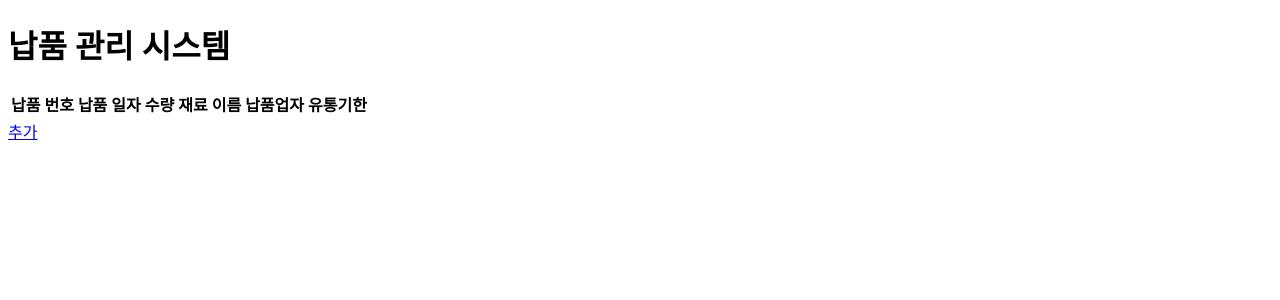
Repository: Awseok/InterDBTermProject
Page: http://localhost/FoodManager/Supply.jsp
The author's editor kept a copy of each file at every save. The page is drawn from the files as they stood at one save, then again after the next save.
The browser window is 1280 px wide. The pictures show the whole page.
The page is served by Tomcat 9. Nobody is signed in. The application's start-up code is not run. Other server files are loaded and not shown.

Above is the page before, as saved 2020-06-29 15:26:28.

### FoodManager/WebContent/Supply.jsp
<%@ page language="java" contentType="text/html; charset=EUC-KR"
    pageEncoding="UTF-8" import="java.net.URLEncoder"%>
    <%@ taglib uri="http://java.sun.com/jsp/jstl/core" prefix="c" %>
    <%@ taglib prefix="c" uri="http://java.sun.com/jsp/jstl/core" %>
<!DOCTYPE html>
<html>
<head>
<meta charset="EUC-KR">
<title>납품 목록</title>
</head>
<body>

<h1> 납품 관리 시스템</h1>

<table>
<tr> <th> 납품 번호</th> <th> 납품 일자 </th> <th> 수량 </th> <th> 재료 이름</th> <th> 납품업자 </th> <th> 유통기한 </th> </tr>

<c:forEach var="supplyList" items="${supplyList}">

<c:url value="/SupplyController" var="sup_url">
  <c:param name="sno" value="${supplyList.supply.sno}" />
</c:url>

<tr>
<td> <c:out value="${supplyList.supply.sno}"/>  </td>
<td> <c:out value="${supplyList.supply.sdate}" /> </td>
<td> <c:out value="${supplyList.supply.amount}" /> </td>
<td> <c:out value="${supplyList.supply.gname}"/> </td>
<td> <c:out value="${supplyList.supply.sname}" /> </td>
<td> <c:out value="${supplyList.supply.edate}" /> </td>

<td>

<a href="Supply_modify.html"> 수정 </a>
</tr>
</c:forEach>


</table>

<a href="Supply_modify.html"> 추가 </a>
<br><br>



</body>

After the next save:
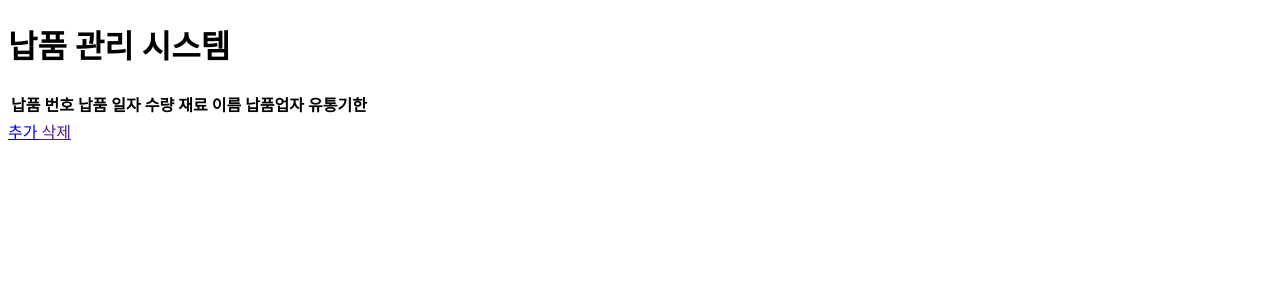
Saved 55 min 8 s later.
--- a/FoodManager/WebContent/Supply.jsp
+++ b/FoodManager/WebContent/Supply.jsp
@@ -18,7 +18,7 @@
 <c:forEach var="supplyList" items="${supplyList}">
 
 <c:url value="/SupplyController" var="sup_url">
-  <c:param name="sno" value="${supplyList.supply.sno}" />
+  <c:param name="form" value="delete" />
 </c:url>
 
 <tr>
@@ -38,7 +38,7 @@
 
 </table>
 
-<a href="Supply_modify.html"> 추가 </a>
+<a href="Supply_modify.html"> 추가 </a>         <a href="${sup_url}" > 삭제 </a>
 <br><br>
 
 
